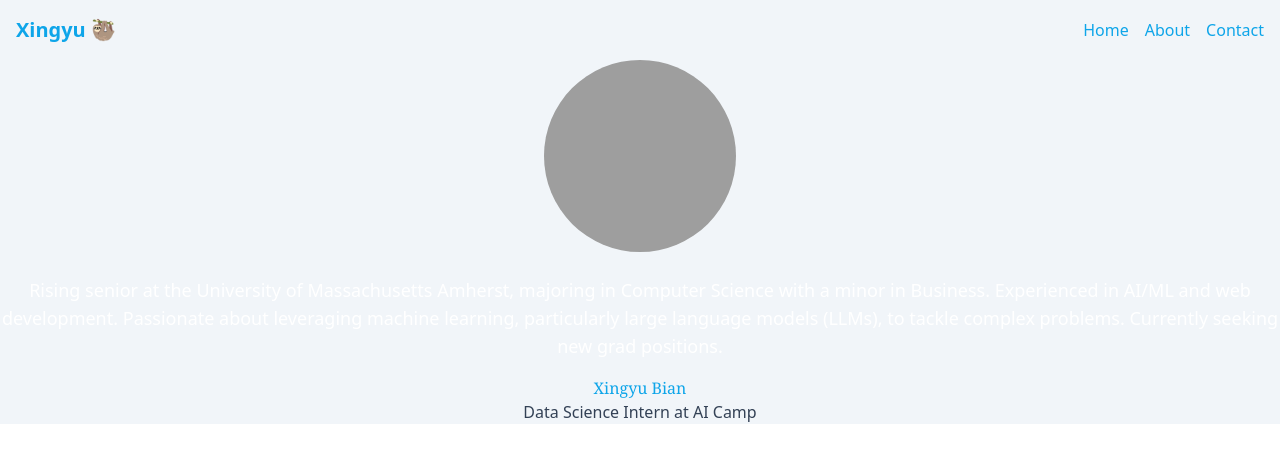
Repository: therealcyberlord/personal-portfolio
Page: /
An editor plug-in stored every save of this project. The page is shown before and after the next save, followed by the edit.
The browser window is 1280 px wide. The pictures show the whole page.
Pictures or frames that could not be fetched are drawn as grey boxes. The project was rebuilt for these pictures with package versions that can differ from the ones it lists, and the page was loaded fresh each time. Also part of the build but not shown: vite.config.ts, src/pages/About.tsx, src/pages/Contact.tsx.

Above is the page before, as saved 2023-07-22 23:17:11.

After the next save:
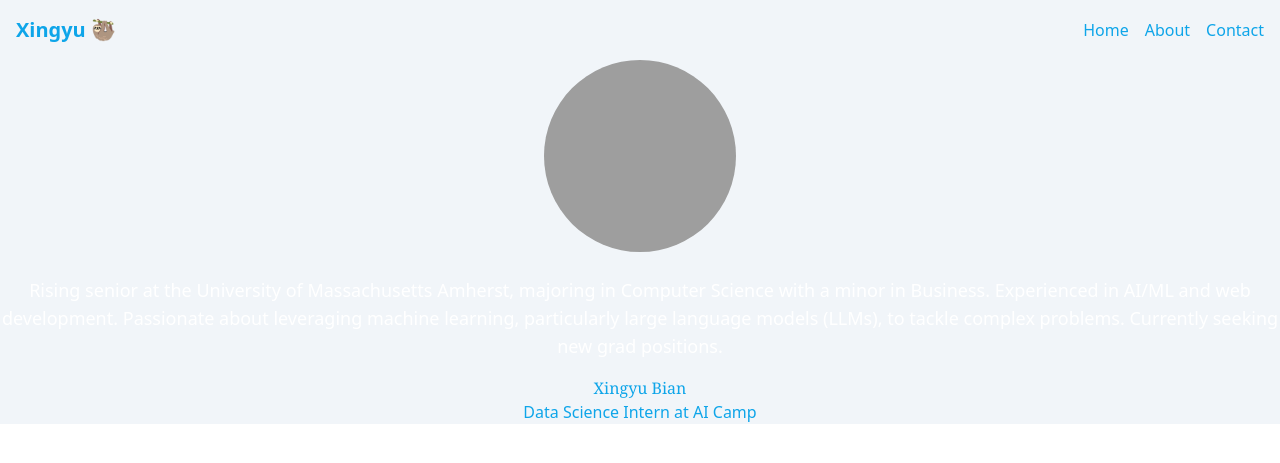
Saved 31 s later.
--- a/src/components/Profile.tsx
+++ b/src/components/Profile.tsx
@@ -31,7 +31,7 @@ const Profile: React.FC<ProfileProps> = ({
             <div className="text-sky-500 dark:text-sky-400 font-serif hover:font-sans">
               {name}
             </div>
-            <div className="text-slate-700 dark:text-slate-500">{role}</div>
+            <div className="text-sky-500">{role}</div>
           </figcaption>
         </div>
       </figure>
